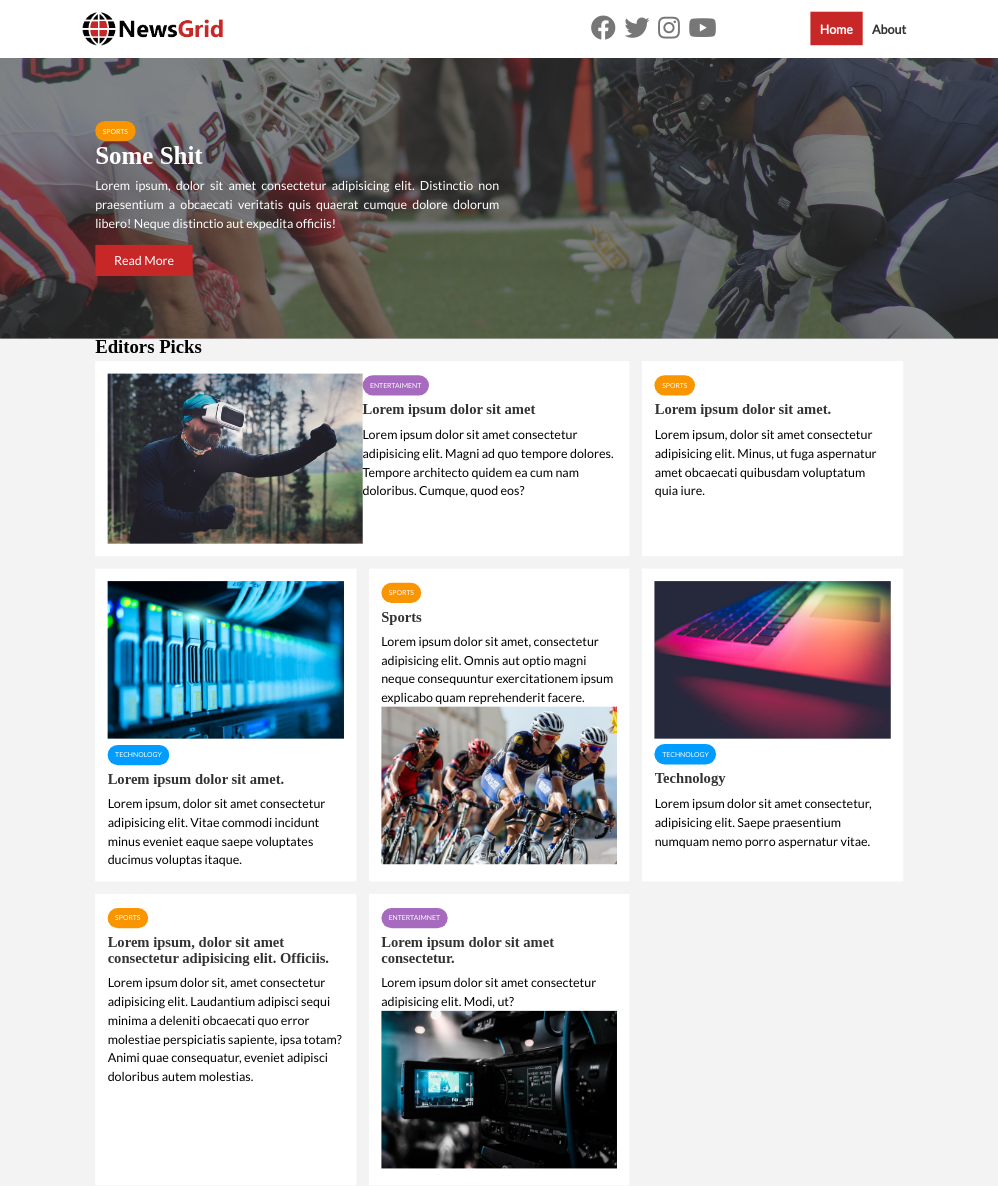
Repository: EswinGiova/NewsGrid
Page: index.html
An editor plug-in stored every save of this project. The page is shown before and after the next save, followed by the edit.
The browser window is 1280 px wide. The pictures show the whole page, at 78% of full size.
Some web libraries are served in a nearby version.

Above is the page before, as saved 2020-09-19 21:09:20.

After the next save:
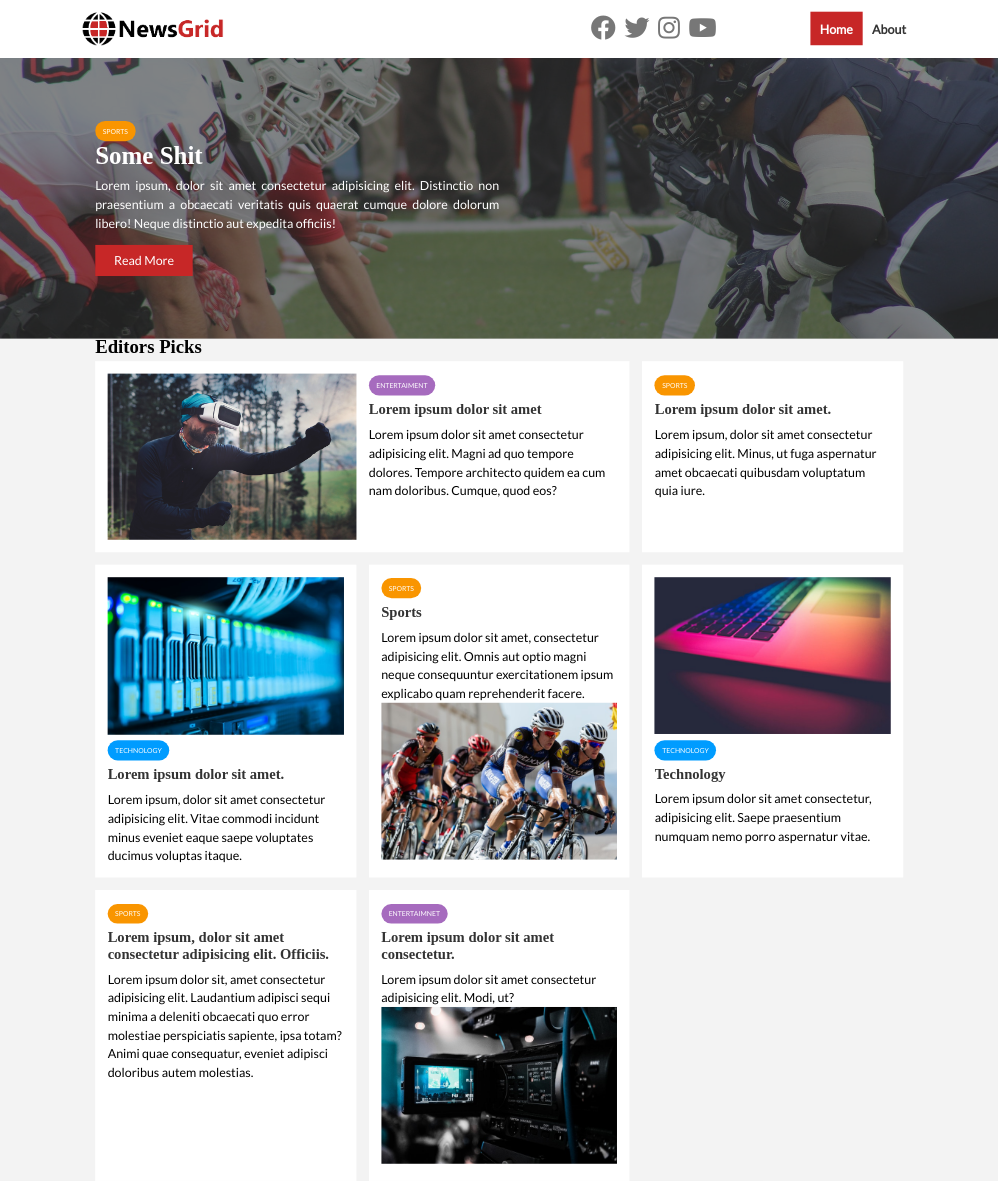
Saved 12 s later.
--- a/css/style.css
+++ b/css/style.css
@@ -203,4 +203,5 @@ h6 {
   display: grid;
   grid-template-columns: repeat(2, 1fr);
   grid-column: 1 / span 2;
-}
+  grid-gap: 1rem;
+}
